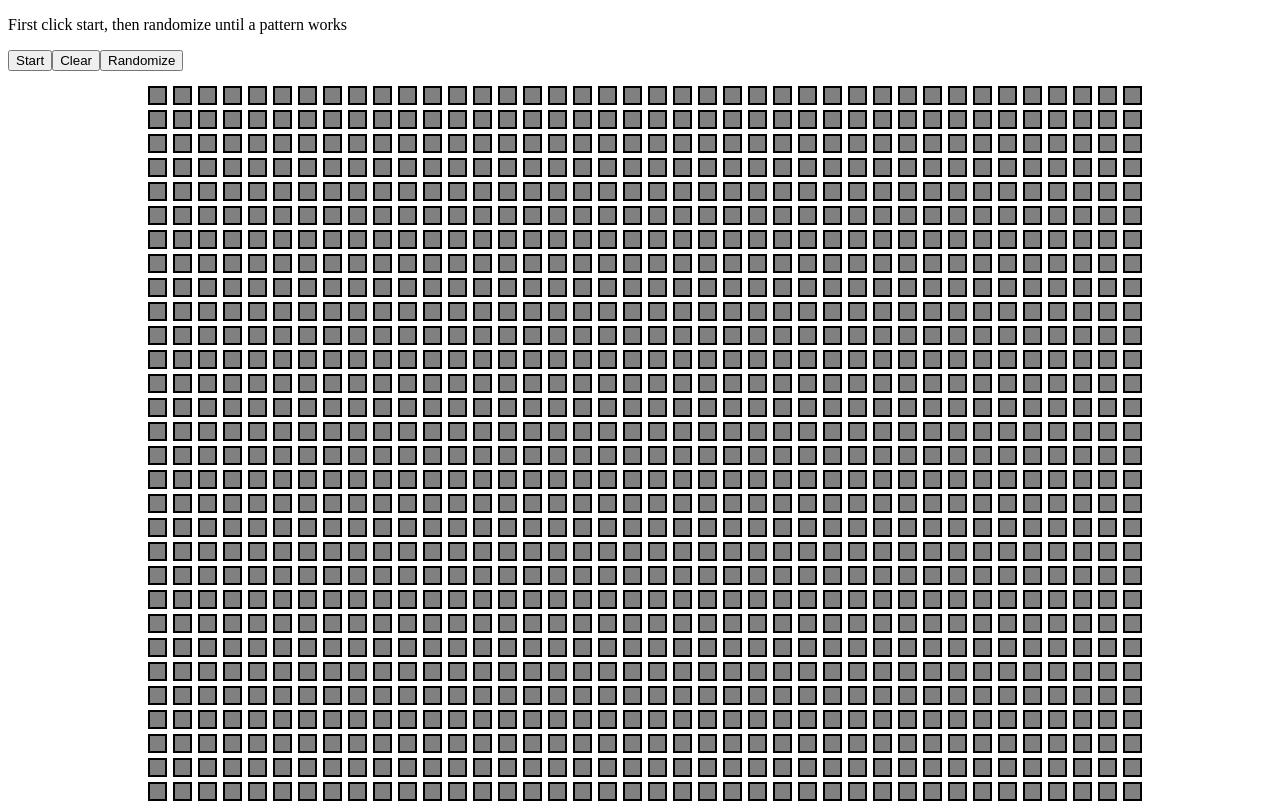
Repository: avanbussum/cellular-automata
Page: /
The author's editor kept a copy of each file at every save. The page is drawn from the files as they stood at one save, then again after the next save.
The browser window is 1280 px wide. The pictures show the whole page.
The project was rebuilt for these pictures with package versions that can differ from the ones it lists, and the page was loaded fresh each time.

Above is the page before, as saved 2023-04-29 01:39:59.

### src/App.js
import React, { useState, useCallback, useRef } from 'react'
import Produce from 'immer';

const numRows = 30;
const numCols = 40;

let rps = false;

// const cell = {alive: 0, type: 0, color: ''};
//const deadcell = {dead: 0, type: 0, color: ''};


const neighborCoordinates = [
  [0, 1],
  [0, -1],
  [1, 1],
  [1, -1],
  [-1, 0],
  [-1, 1],
  [-1, -1],
  [1, 0]
]

const resetGrid = () => {
  const rows = [];
  for (let i = 0; i < numRows; i++) {
    rows.push(Array.from(Array(numCols), () => { const cell = { alive: 0, type: '', color: 'purple' }; return (cell) }
    ))
  }
  console.log(rows.join(rows.type))
  return rows;
}

export const App = () => {
  const [grid, setGrid] = useState(() => {
    return resetGrid()
  });

  const [running, setRunning] = useState(false)

  const runningRef = useRef(running);
  runningRef.current = running

  const runSimulation = useCallback(() => {
    if (!runningRef.current) {
      return;
    }
    setGrid((grid) => {
      return Produce(grid, gridCopy => {
        for (let x = 0; x < numRows; x++) {
          for (let y = 0; y < numCols; y++) {
            let neighbors = 0;
            neighborCoordinates.forEach(([a, b]) => {
              const newX = x + a;
              const newY = y + b;

              if (newX >= 0 && newX < numRows && newY >= 0 && newY < numCols) {
                neighbors += grid[newX][newY].alive
              }
            })

            // "game of life - rules"

            // if (neighbors < 2 || neighbors > 3) {
            //   gridCopy[x][y].alive = 0;
            // } else if (grid[x][y].alive === 0 && neighbors === 3) {
            //   gridCopy[x][y].alive = 1;
            // }

            //"seeds"

            // if (grid[x][y].alive === 1 && neighbors === 2) {
            //   gridCopy[x][y].alive = 1;
            // } else if (grid[x][y].alive === 0 && neighbors === 2) {
            //   gridCopy[x][y].alive = 1;
            // } else {
            //   gridCopy[x][y].alive = 0;
            // }

            // "RPS"
            rps = true
            let r = 0;
            let p = 0;
            let s = 0;
            console.log(s)

            neighborCoordinates.forEach(([a, b]) => {
              const newX = x + a;
              const newY = y + b;

              if (newX >= 0 && newX < numRows && newY >= 0 && newY < numCols) {
                if (grid[newX][newY].type === 'scissors') s++;
                if (grid[newX][newY].type === 'rock') r++;
                if (grid[newX][newY].type === 'paper') p++;
              }
            })

            let cur = grid[x][y];
            if (cur.alive) {
              switch (cur.type) {
                case 'rock':
                  if (p>2) {
                    gridCopy[x][y].type = 'paper';
                    gridCopy[x][y].color = 'green';
                  }
                break;

                case 'paper':

                  if (s>2) {
                    gridCopy[x][y].type = 'scissors';
                    gridCopy[x][y].color = 'red';
                  }
                break;

                case 'scissors':
                  if (r>2) {
                    gridCopy[x][y].type = 'rock';
                    gridCopy[x][y].color = 'blue';
                  }
                break;
              }
            }



          }
        }
      });
    });


    setTimeout(runSimulation, 0.1);
  }, []);




  return (
    <>
    <p>First click start, then randomize until a pattern works</p>
    <div style={{
          display: 'flex',
          justifyContent: 'between',
          marginTop: '15px',
        }}>


      </div>
      <button
        onClick={() => {
          setRunning(!running);
          if (!running) {
            runningRef.current = true;
            runSimulation();
          }
        }}
      >
        {running ? 'Stop' : 'Start'}
      </button>
      <button onClick={() => setGrid(resetGrid())}>Clear</button>
      <button
        onClick={() => {
          const rows = [];

          for (let i = 0; i < numRows; i++) {
            rows.push(
              Array.from(Array(numCols), () => {
                const cell = { alive: 0, type: '', color: 'purple' };
                let prob = 0.4;
                if (rps === true) prob = 1
                if (Math.random() < prob) {
                  cell.alive = 1;
                }
                else {
                  cell.alive = 0;
                }

                if (rps === true) {
                  if (Math.random() < 1 / 3) {
                    cell.type = 'rock';
                    cell.color = 'blue'
                  }
                  else if (Math.random() > 2 / 3) {
                    cell.type = 'paper';
                    cell.color = 'green'

                  }
                  else {
                    cell.type = 'scissors';
                    cell.color = 'red'
                  }
                }

                return cell;
              })
            );
          }
          console.log(rows)
          setGrid(rows);
        }}
      >
        Randomize
      </button>

      <div
        style={{
          display: 'grid',
          gridTemplateColumns: `repeat(${numCols}, 10px)`,
          rowGap: '5px',
          columnGap: '15px',
          justifyContent: 'center',
          marginTop: '15px',
        }}
      >
        {grid.map((rows, x) =>
          rows.map((col, y) => (
            <div
              onClick={() => {
                const newGrid = Produce(grid, (gridCopy) => {
                  gridCopy[x][y].alive = grid[x][y].alive ? 0 : 1;
                });
                setGrid(newGrid);
              }}
              key={`${x}-${y}`}
              style={{
                width: 15,
                height: 15,
                backgroundColor: grid[x][y].alive ? grid[x][y].color : 'gray',
                border: 'solid 2px black',
              }}
            />
          ))
        )}
      </div>
    </>
  );
}

export default App;

Loaded but not shown: public/index.html (common file); src/index.js (common file); src/reportWebVitals.js (common file)

After the next save:
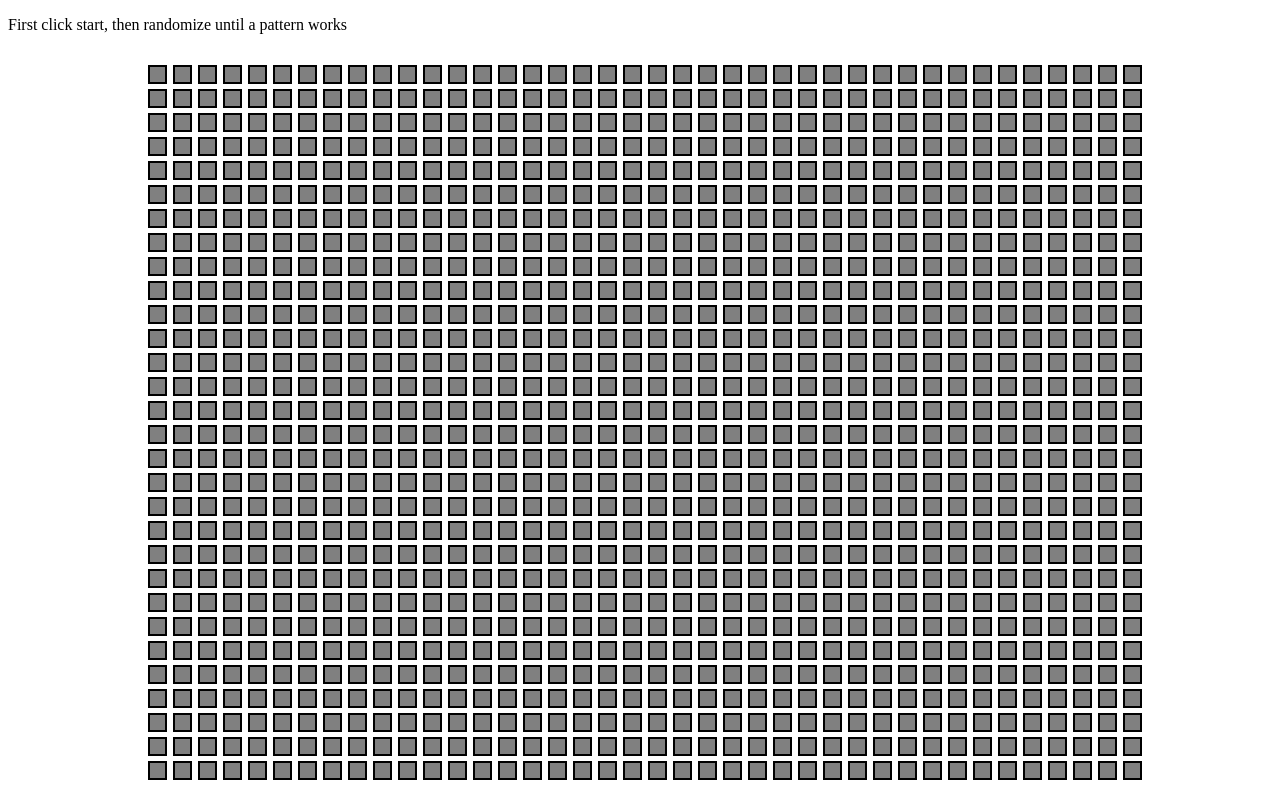
Saved 13 s later.
--- a/src/App.js
+++ b/src/App.js
@@ -147,61 +147,6 @@
 
 
       </div>
-      <button
-        onClick={() => {
-          setRunning(!running);
-          if (!running) {
-            runningRef.current = true;
-            runSimulation();
-          }
-        }}
-      >
-        {running ? 'Stop' : 'Start'}
-      </button>
-      <button onClick={() => setGrid(resetGrid())}>Clear</button>
-      <button
-        onClick={() => {
-          const rows = [];
-
-          for (let i = 0; i < numRows; i++) {
-            rows.push(
-              Array.from(Array(numCols), () => {
-                const cell = { alive: 0, type: '', color: 'purple' };
-                let prob = 0.4;
-                if (rps === true) prob = 1
-                if (Math.random() < prob) {
-                  cell.alive = 1;
-                }
-                else {
-                  cell.alive = 0;
-                }
-
-                if (rps === true) {
-                  if (Math.random() < 1 / 3) {
-                    cell.type = 'rock';
-                    cell.color = 'blue'
-                  }
-                  else if (Math.random() > 2 / 3) {
-                    cell.type = 'paper';
-                    cell.color = 'green'
-
-                  }
-                  else {
-                    cell.type = 'scissors';
-                    cell.color = 'red'
-                  }
-                }
-
-                return cell;
-              })
-            );
-          }
-          console.log(rows)
-          setGrid(rows);
-        }}
-      >
-        Randomize
-      </button>
 
       <div
         style={{

After the 2 saves that followed:
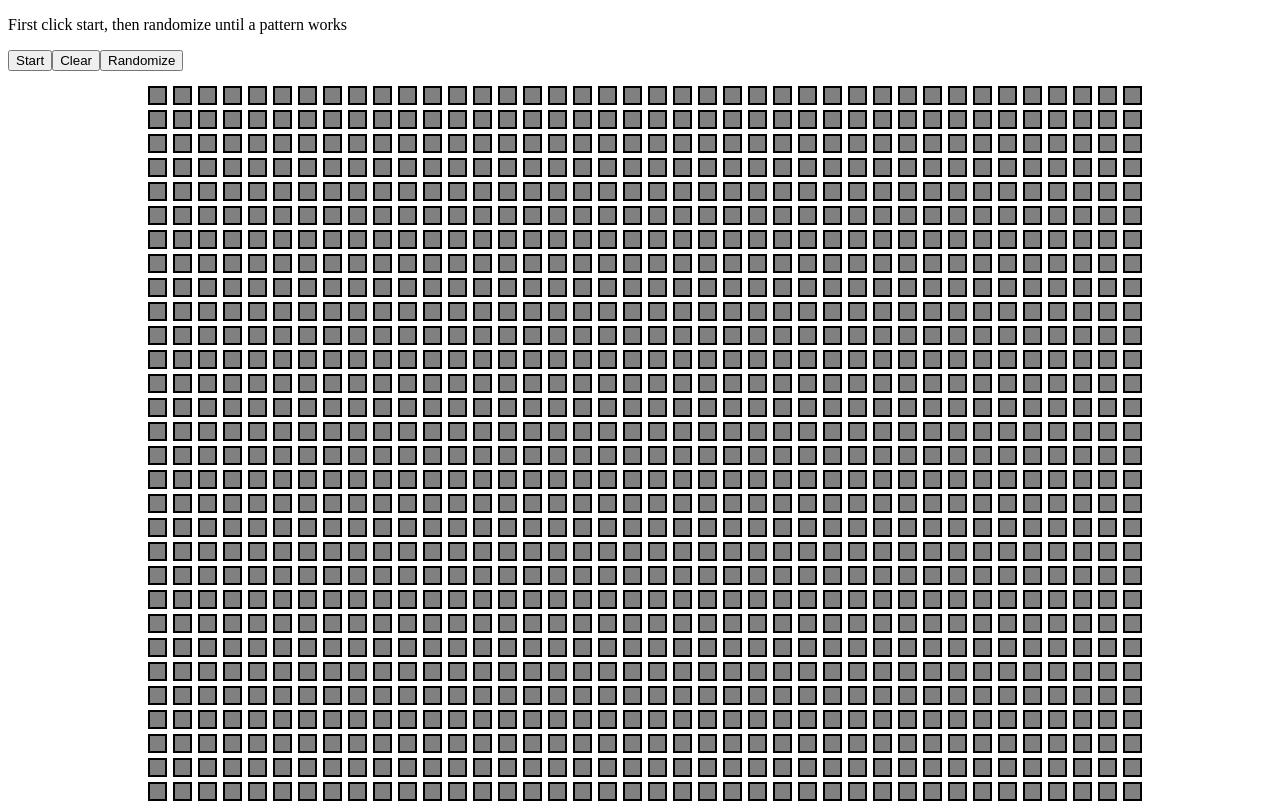
The 2 saves are shown as one change because they came seconds apart.
The last was saved 5 s later.
--- a/src/App.js
+++ b/src/App.js
@@ -144,8 +144,61 @@
           justifyContent: 'between',
           marginTop: '15px',
         }}>
-
-
+          <button
+        onClick={() => {
+          setRunning(!running);
+          if (!running) {
+            runningRef.current = true;
+            runSimulation();
+          }
+        }}
+      >
+        {running ? 'Stop' : 'Start'}
+      </button>
+      <button onClick={() => setGrid(resetGrid())}>Clear</button>
+      <button
+        onClick={() => {
+          const rows = [];
+
+          for (let i = 0; i < numRows; i++) {
+            rows.push(
+              Array.from(Array(numCols), () => {
+                const cell = { alive: 0, type: '', color: 'purple' };
+                let prob = 0.4;
+                if (rps === true) prob = 1
+                if (Math.random() < prob) {
+                  cell.alive = 1;
+                }
+                else {
+                  cell.alive = 0;
+                }
+
+                if (rps === true) {
+                  if (Math.random() < 1 / 3) {
+                    cell.type = 'rock';
+                    cell.color = 'blue'
+                  }
+                  else if (Math.random() > 2 / 3) {
+                    cell.type = 'paper';
+                    cell.color = 'green'
+
+                  }
+                  else {
+                    cell.type = 'scissors';
+                    cell.color = 'red'
+                  }
+                }
+
+                return cell;
+              })
+            );
+          }
+          console.log(rows)
+          setGrid(rows);
+        }}
+      >
+        Randomize
+      </button>
       </div>
 
       <div
